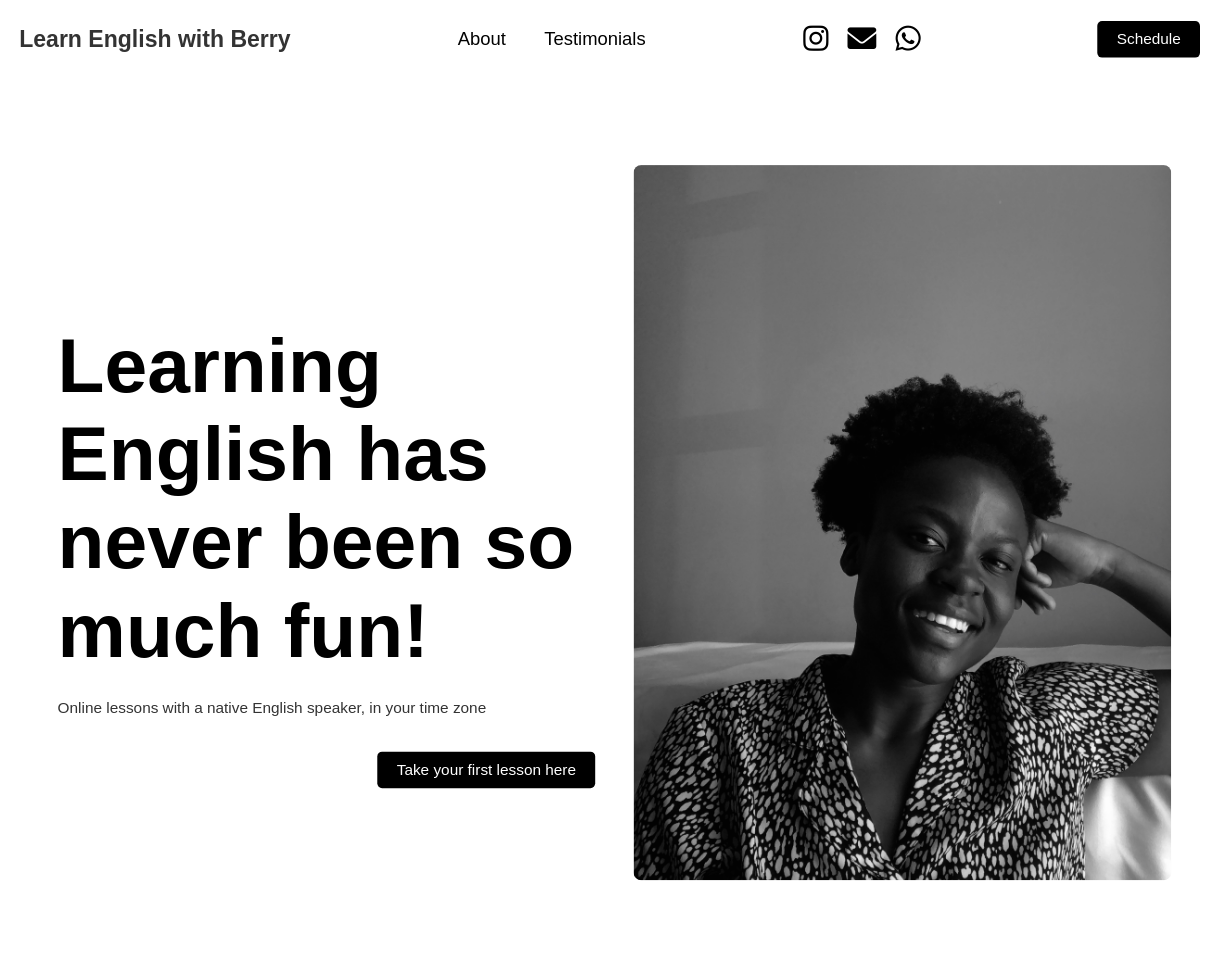
Repository: ntandomagana/esl-landing-page
Page: index.html
An editor plug-in stored every save of this project. The page is shown before and after the next save, followed by the edit.
The browser window is 1280 px wide. The pictures show the whole page, at 96% of full size.

Above is the page before, as saved 2024-07-17 13:37:56.

After the next save:
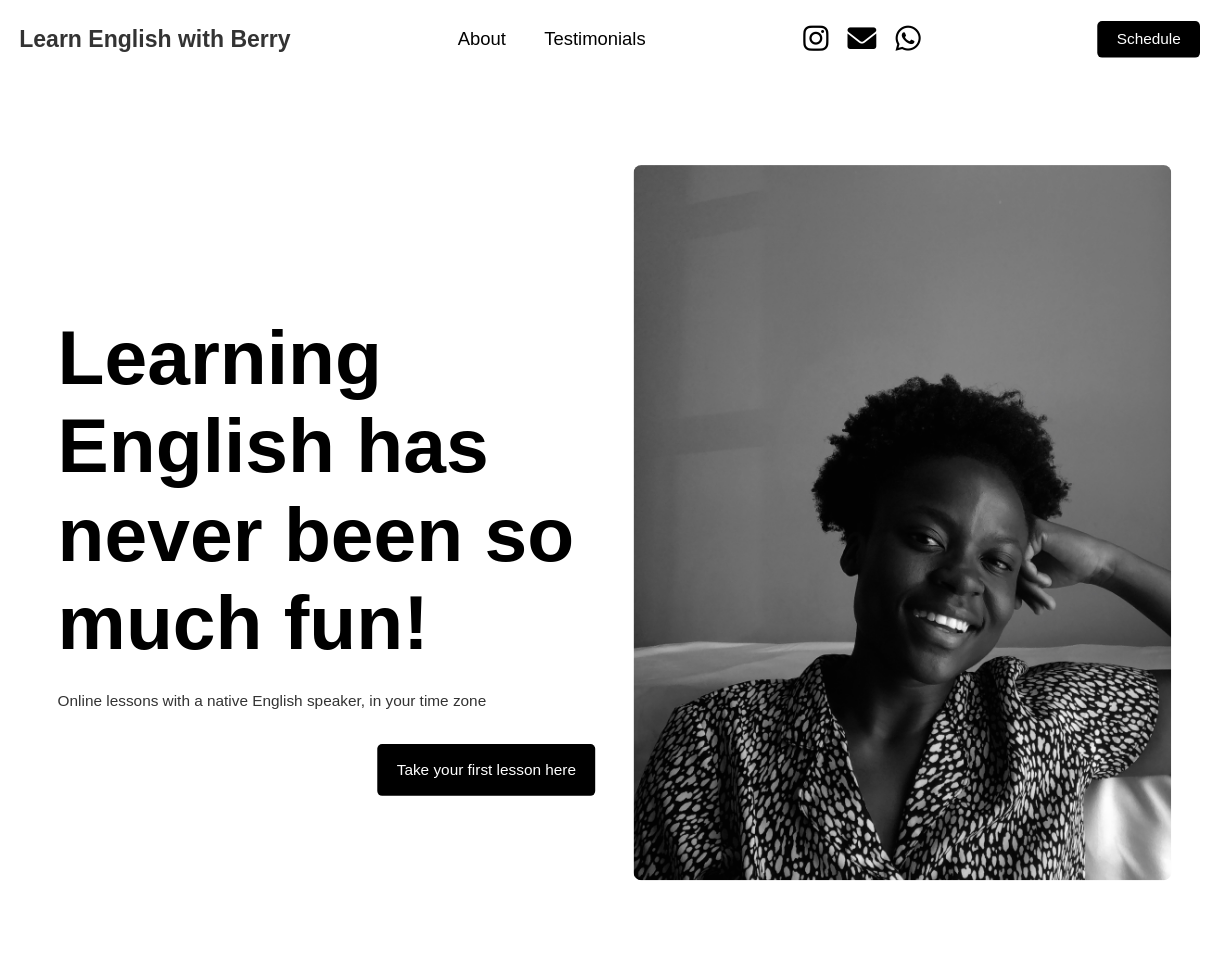
Saved 4 s later.
--- a/index.css
+++ b/index.css
@@ -148,7 +148,7 @@ nav ul li a:hover {
 
 .action-button {
 
-  padding: 10px 20px;
+  padding: 18px 20px;
   background-color: black;
   color: #fff;
   text-decoration: none;
